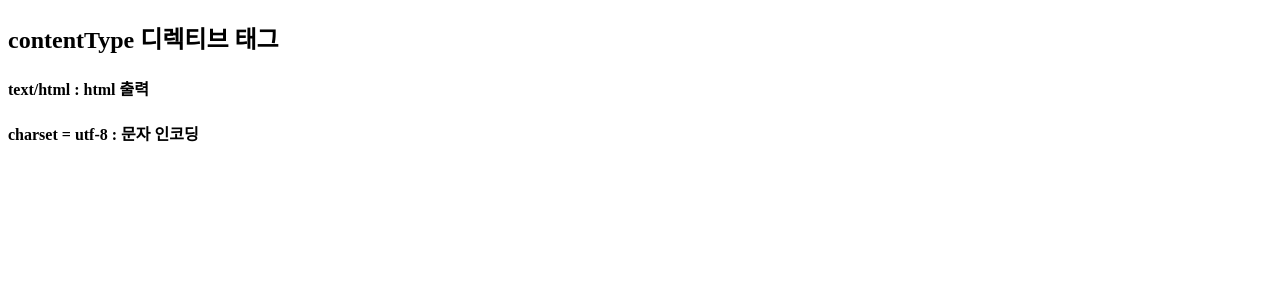
Repository: HyeongWook22/JSP
Page: http://localhost/jspbook/chapter03/exam3-2.jsp
An editor plug-in stored every save of this project. The page is shown before and after the next save, followed by the edit.
The browser window is 1280 px wide. The pictures show the whole page.
The page is served by Tomcat 10. Nobody is signed in. The application's start-up code is not run.

Above is the page before, as saved 2024-10-08 04:03:02.

After the next save:
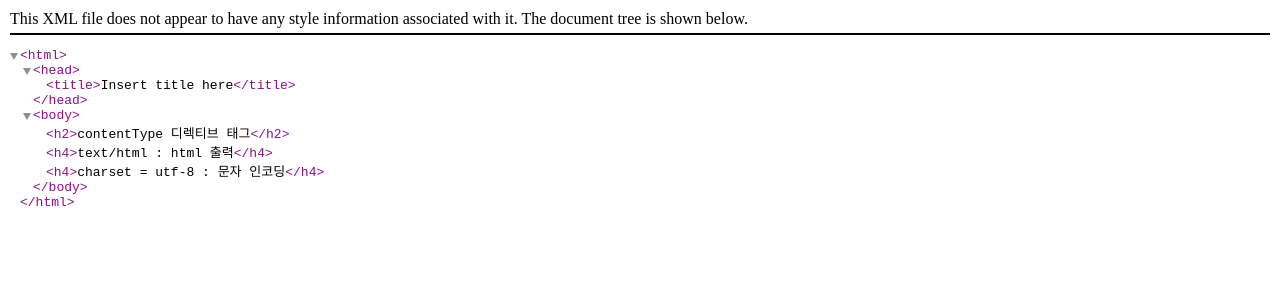
Saved 78 s later.
--- a/jspbook/src/main/webapp/chapter03/exam3-2.jsp
+++ b/jspbook/src/main/webapp/chapter03/exam3-2.jsp
@@ -1,4 +1,4 @@
-<%@ page contentType="text/html; charset=UTF-8" %>
+<%@ page contentType="text/xml; charset=UTF-8" %>
 <!DOCTYPE html>
 <html>
 <head>
